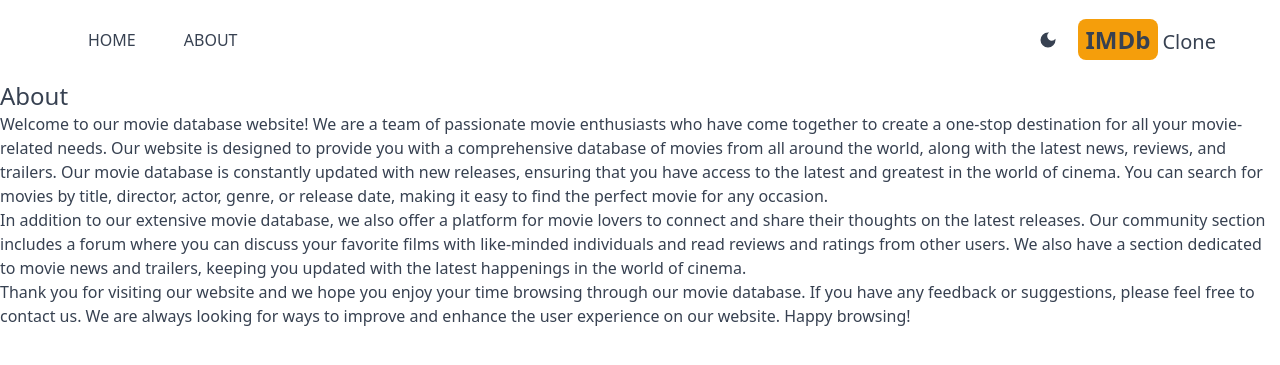
Repository: dnjfht/imdb
Page: /about
An editor plug-in stored every save of this project. The page is shown before and after the next save, followed by the edit.
The browser window is 1280 px wide. The pictures show the whole page.
The project was rebuilt for these pictures with package versions that can differ from the ones it lists, and the page was loaded fresh each time. The framework's server and built-in components were replaced by stand-ins that run in the browser. Also part of the build but not shown: next.config.js.

Above is the page before, as saved 2023-10-02 11:58:23.

### src/app/layout.js
import Providers from "./Providers";
import Header from "./components/Header";
import "./globals.css";

export const metadata = {
  title: "IMDb Clobe",
  description: "This is the IMDb clone website",
};

export default function RootLayout({ children }) {
  return (
    <html lang="en">
      <head>
        <link rel="icon" href="/favicon.ico" />
      </head>

      <body>
        <Providers>
          {/* Header */}
          <Header />

          {/* Navbar */}

          {/* SearchBox */}

          {children}
        </Providers>
      </body>
    </html>
  );
}

### src/app/about/page.js
export default function About() {
  return (
    <div>
      <h1 className="text-2xl font-medium">About</h1>

      <p>
        Welcome to our movie database website! We are a team of passionate movie
        enthusiasts who have come together to create a one-stop destination for
        all your movie-related needs. Our website is designed to provide you
        with a comprehensive database of movies from all around the world, along
        with the latest news, reviews, and trailers. Our movie database is
        constantly updated with new releases, ensuring that you have access to
        the latest and greatest in the world of cinema. You can search for
        movies by title, director, actor, genre, or release date, making it easy
        to find the perfect movie for any occasion.
      </p>

      <p>
        In addition to our extensive movie database, we also offer a platform
        for movie lovers to connect and share their thoughts on the latest
        releases. Our community section includes a forum where you can discuss
        your favorite films with like-minded individuals and read reviews and
        ratings from other users. We also have a section dedicated to movie news
        and trailers, keeping you updated with the latest happenings in the
        world of cinema.
      </p>

      <p>
        Thank you for visiting our website and we hope you enjoy your time
        browsing through our movie database. If you have any feedback or
        suggestions, please feel free to contact us. We are always looking for
        ways to improve and enhance the user experience on our website. Happy
        browsing!
      </p>
    </div>
  );
}

### src/app/Providers.jsx
"use client";

import { ThemeProvider } from "next-themes";

export default function Providers({ children }) {
  return (
    <ThemeProvider enableSystem={true} attribute="class">
      <div className="dark:bg-gray-700 dark:text-gray-200 text-gray-700 transition-color duration-300 min-h-screen select-none">
        {children}
      </div>
    </ThemeProvider>
  );
}

### src/app/components/Header.jsx
import Link from "next/link";
import MenuItem from "./MenuItem";

import { AiFillHome } from "react-icons/ai";
import { HiInformationCircle } from "react-icons/hi";
import DarkModeSwitch from "./DarkModeSwitch";

export default function Header() {
  return (
    <div className="flex items-center justify-between mx-2 max-w-6xl sm:mx-auto py-6">
      <div className="flex">
        <MenuItem title="HOME" address="/" Icon={AiFillHome} />
        <MenuItem title="ABOUT" address="/about" Icon={HiInformationCircle} />
      </div>

      <div className="flex items-center space-x-5">
        <DarkModeSwitch />

        <Link href="/">
          <h2 className="text-2xl">
            <span className="font-bold bg-amber-500 py-1 px-2 rounded-lg mr-1">
              IMDb
            </span>
            <span className="text-xl hidden sm:inline">Clone</span>
          </h2>
        </Link>
      </div>
    </div>
  );
}

### src/app/components/MenuItem.jsx
import Link from "next/link";

export default function MenuItem({ title, address, Icon }) {
  return (
    <div>
      <Link href={address} className="mx-4 lg:mx-6 hover:text-amber-600">
        {/* 페이지를 새로 고치지 않고 해당 웹사이트, 해당 URL로 이동. */}
        <Icon className="text-2xl sm:hidden mx-4" />
        <p className="hidden sm:inline my-2 text-small">{title}</p>
      </Link>
    </div>
  );
}

### src/app/components/DarkModeSwitch.jsx
"use client";

import { useTheme } from "next-themes";
import { useEffect, useState } from "react";
import { MdDarkMode } from "react-icons/md";
import { MdLightMode } from "react-icons/md";

export default function DarkModeSwitch() {
  const { systemTheme, theme, setTheme } = useTheme();
  const [mounted, setMounted] = useState(false);

  useEffect(() => setMounted(true), []);

  const currentTheme = theme === "system" ? systemTheme : theme;

  return (
    <>
      {mounted &&
        (currentTheme === "dark" ? (
          <MdLightMode
            className="text-xl cursor-pointer hover:text-amber-500"
            onClick={() => {
              setTheme("light");
            }}
          />
        ) : (
          <MdDarkMode
            className="text-xl cursor-pointer hover:text-amber-500"
            onClick={() => {
              setTheme("dark");
            }}
          />
        ))}
    </>
  );
}

Loaded but not shown: src/app/globals.css (common file); tailwind.config.js (common file)

After the next save:
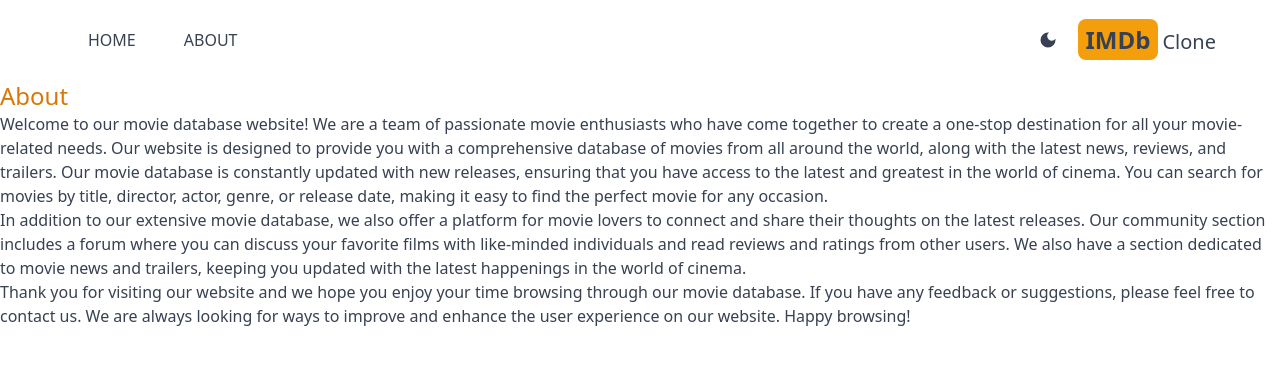
Saved 19 s later.
--- a/src/app/about/page.js
+++ b/src/app/about/page.js
@@ -1,7 +1,7 @@
 export default function About() {
   return (
     <div>
-      <h1 className="text-2xl font-medium">About</h1>
+      <h1 className="text-2xl font-medium text-amber-600">About</h1>
 
       <p>
         Welcome to our movie database website! We are a team of passionate movie
